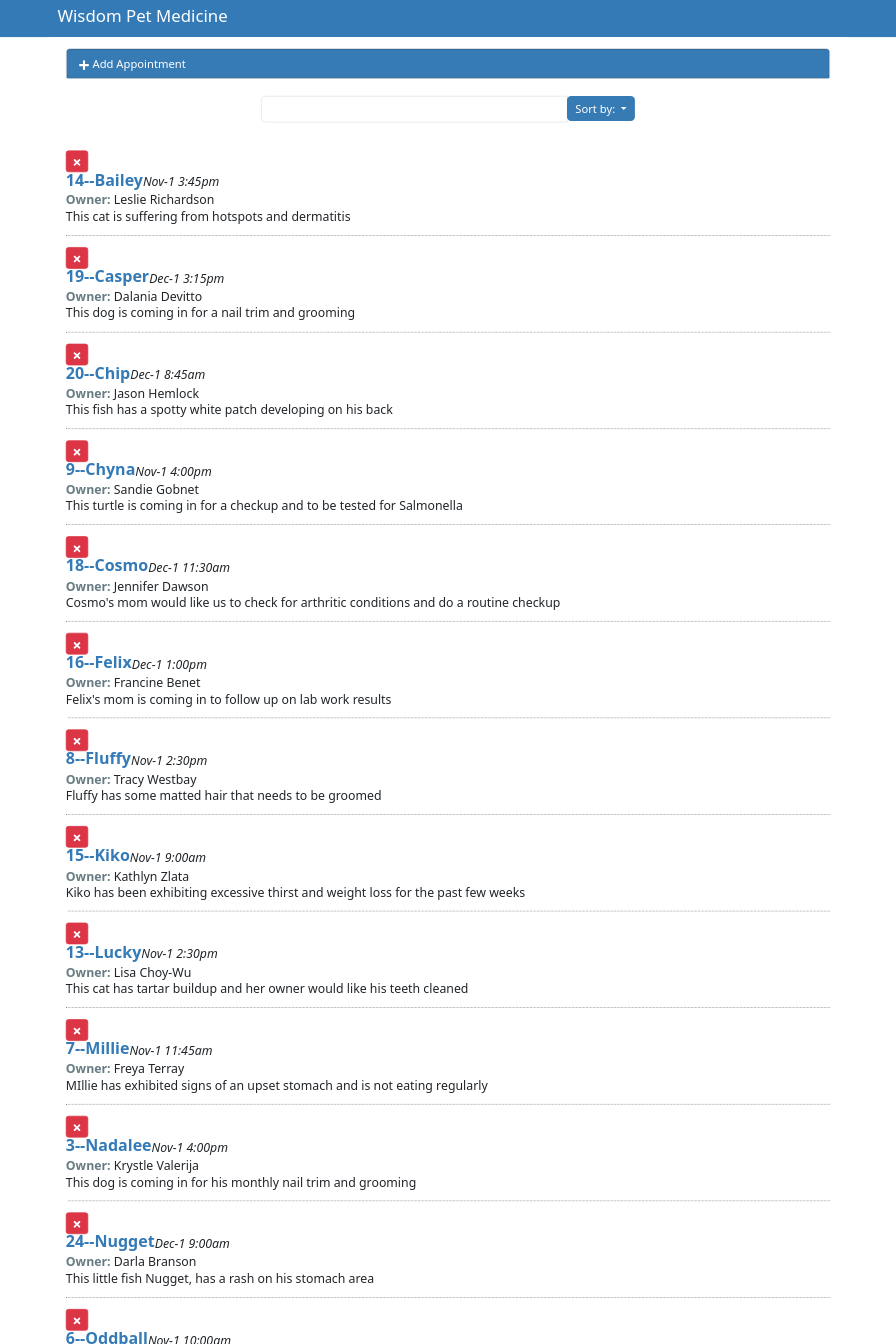
Repository: DevLuDaley/reactinterface
Page: /
These files come from the project's save history. The page is drawn as it stood at one moment and after a run of saves; the edit follows.
The browser window is 1280 px wide. The pictures show the part of the page from y = 0 to 1920 px (the page is 3716 px tall), at 70% of full size.
The project was rebuilt for these pictures with package versions that can differ from the ones it lists, and the page was loaded fresh each time.

Above is the page before, as saved 2021-02-04 20:06:17.

After the next 2 saves:
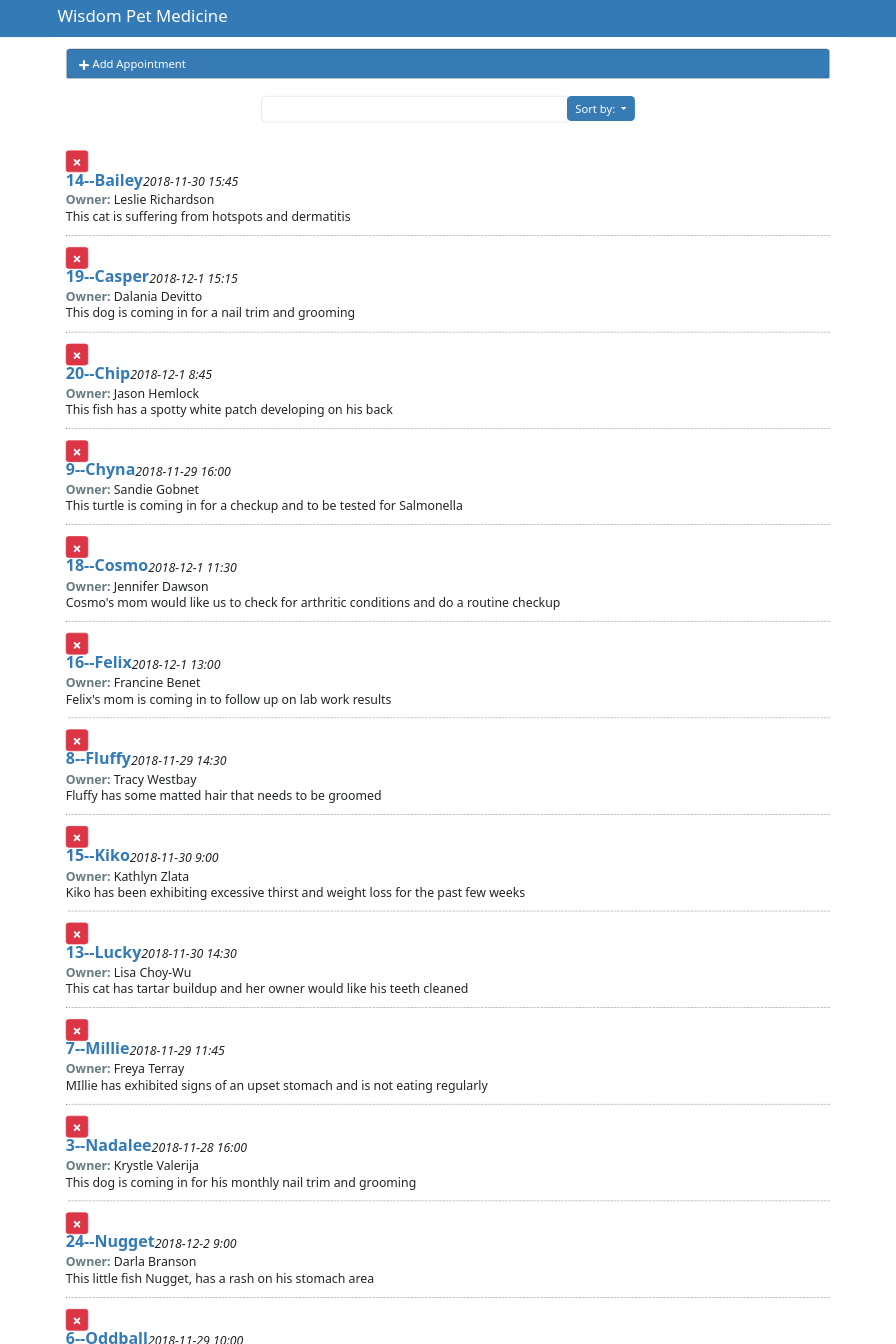
The 2 saves are shown as one change because 1 did not build or start.
The last was saved 57 s later.
--- a/src/components/ListAppointments.js
+++ b/src/components/ListAppointments.js
@@ -1,6 +1,6 @@
 import React, { Component } from 'react';
 import { FaTimes } from 'react-icons/fa';
-import Moment from 'react-moment';
+// import Moment from 'react-moment';
 
 class ListAppointments extends Component {
   render() {
@@ -33,11 +33,12 @@ class ListAppointments extends Component {
                   {item.petName}
                 </span>
                 <span className="apt-date ml-auto">
-                  <Moment
-                    date={item.aptDate}
-                    parse="YYYY-MM-dd hh:mm"
-                    format="MMM-D h:mma"
-                  />
+                  {/* <Moment */}
+                    {/* date= */}
+                    {item.aptDate}
+                    {/* parse="YYYY-MM-dd hh:mm" */}
+                    {/* format="MMM-D h:mma" */}
+                  {/* /> */}
                 </span>
               </div>
 
